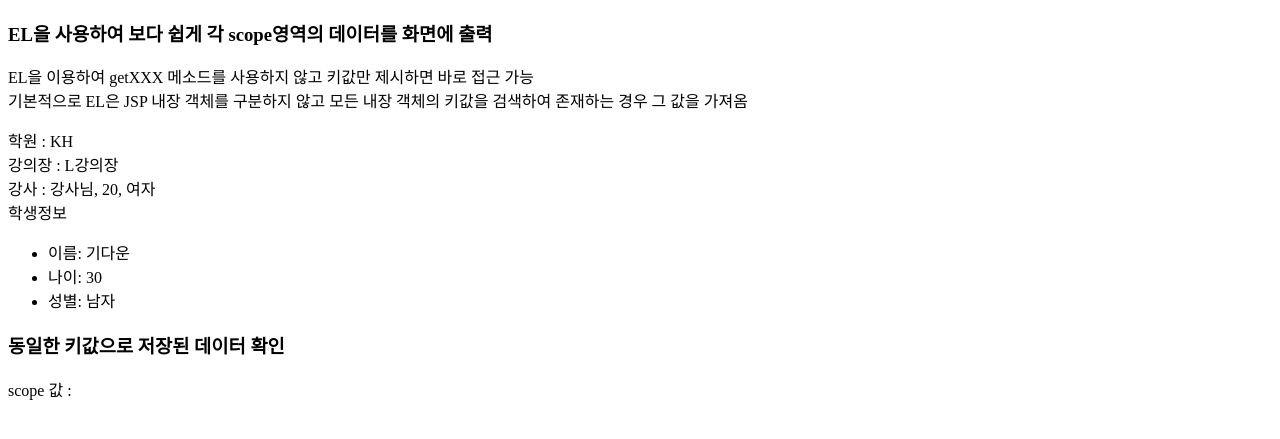
Repository: hailey-516/servlet
Page: http://localhost/3_elAction/el.do
The author's editor kept a copy of each file at every save. The page is drawn from the files as they stood at one save, then again after the next save.
The browser window is 1280 px wide. The pictures show the whole page.
The page is served by Tomcat 9.

Above is the page before, as saved 2024-08-26 03:16:25.

After the next save:
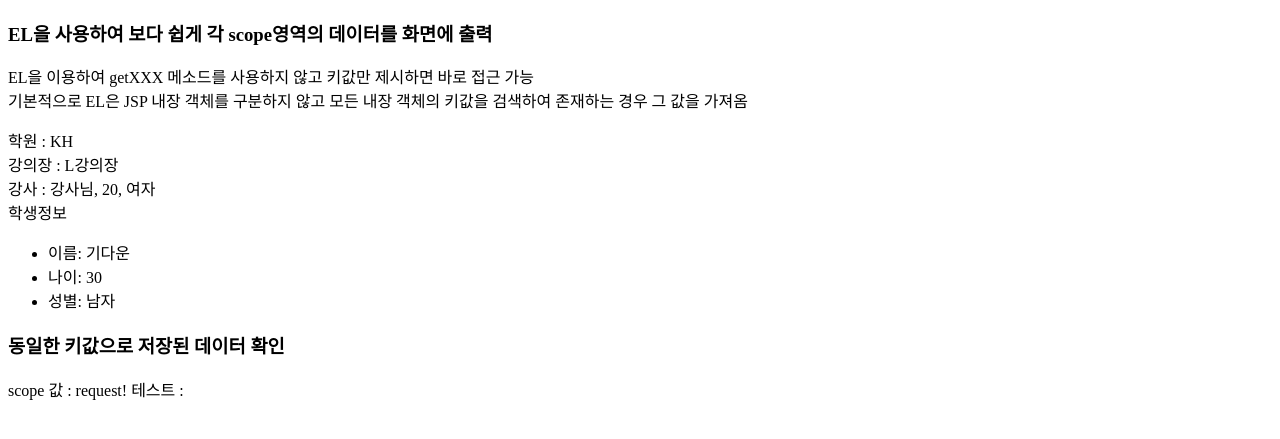
Saved 71 s later.
--- a/3_elAction/src/main/webapp/views/1_EL/01_el.jsp
+++ b/3_elAction/src/main/webapp/views/1_EL/01_el.jsp
@@ -57,7 +57,12 @@
 	</p>
 
 	<h3>동일한 키값으로 저장된 데이터 확인</h3>
-	scope 값 : ${ session.scope }
+	scope 값 : ${ scope }
+	<!--
+		EL은 공유범위가 가장 작은 scope부분부터 해당 키값을 검색함
+		page -> request -> session -> application
+	 -->
+	 테스트 : ${ test }
 
 </body>
 </html>
